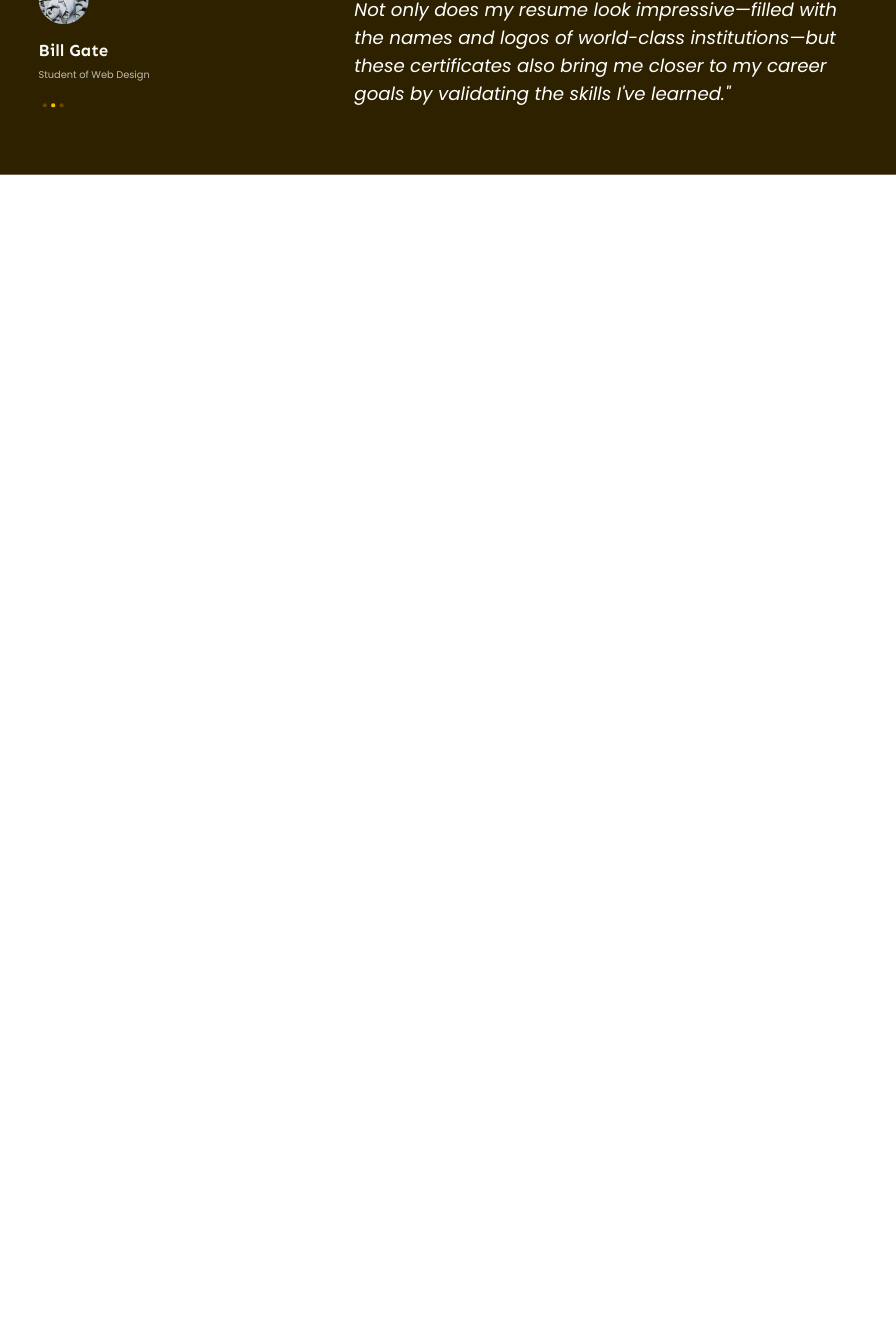
Repository: dovanlanh/f8-project-02
Page: index.html
An editor plug-in stored every save of this project. The page is shown before and after the next save, followed by the edit.
The browser window is 1280 px wide. The pictures show the part of the page from y = 2081 to 4001 px (the page is 10000 px tall), at 70% of full size.

Above is the page before, as saved 2023-02-08 17:06:10.

After the next save:
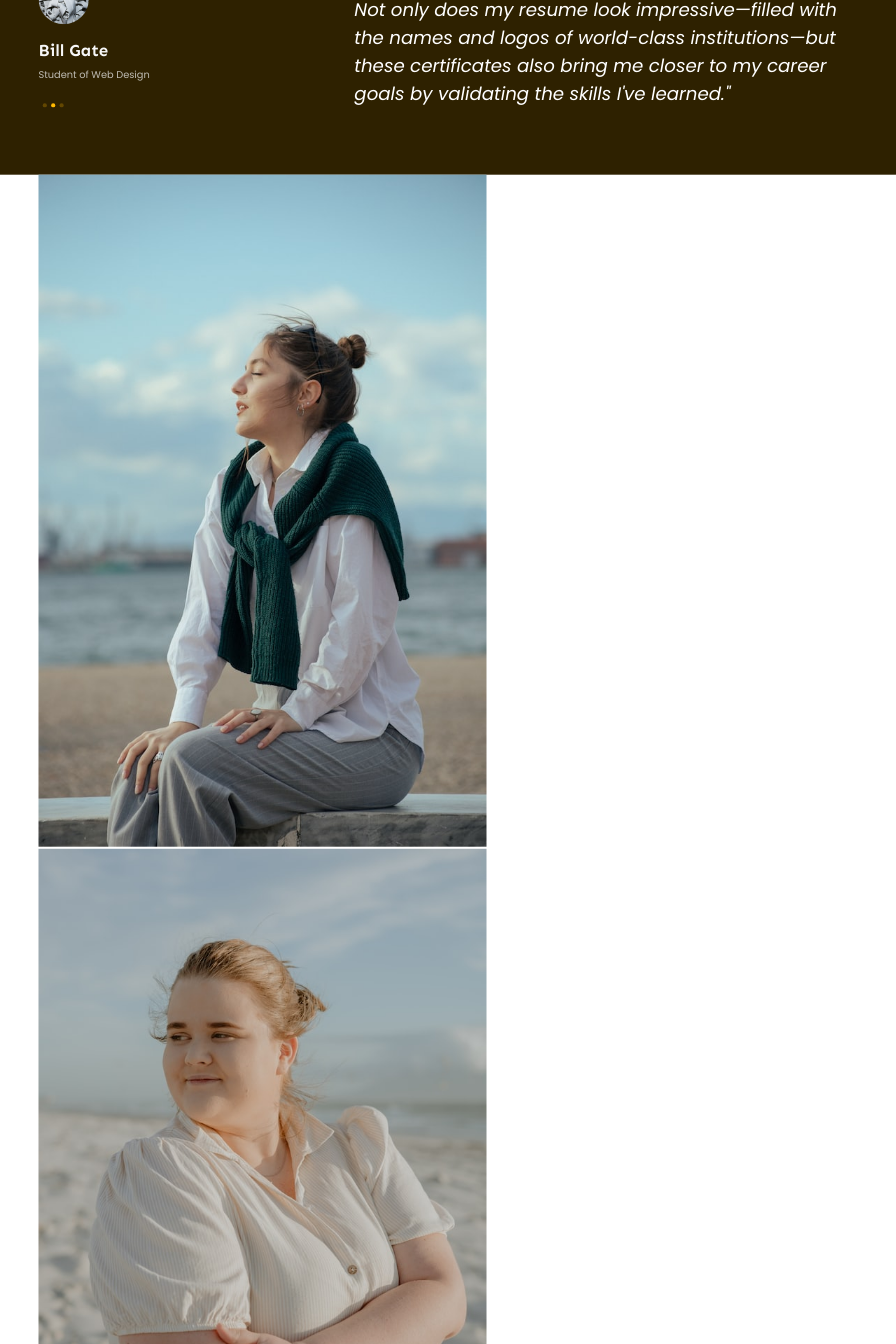
Saved 39 h 36 min later.
--- a/index.html
+++ b/index.html
@@ -258,6 +258,25 @@
                 </div>
             </div>
         </div>
+        <!-- Features -->
+        <div class="features">
+            <div class="main-content">
+                <div class="body">
+                    <div class="imges">
+                        <img src="./assets/img/feature-1.jpg" alt="Learner outcomes through our awesome platform">
+                        <img src="./assets/img/feature-2.jpg" alt="Learner outcomes through our awesome platform">
+                    </div>
+                    <div class="content">
+                        <h2 class="feature-heading">Learner outcomes through our awesome platform</h2>
+                        <p class="feature-desc">87% of people learning for professional development report career benefits like getting a promotion, a raise, or starting a new career.</p>
+                        <p class="feature-desc">Lesson Impact Report (2022)</p>
+                        <div class="btn feature-btn">
+                            <a href="#!">Sign Up</a>
+                        </div>
+                    </div>
+                </div>
+            </div>
+        </div>
     </main>
 </body>
 </html>
